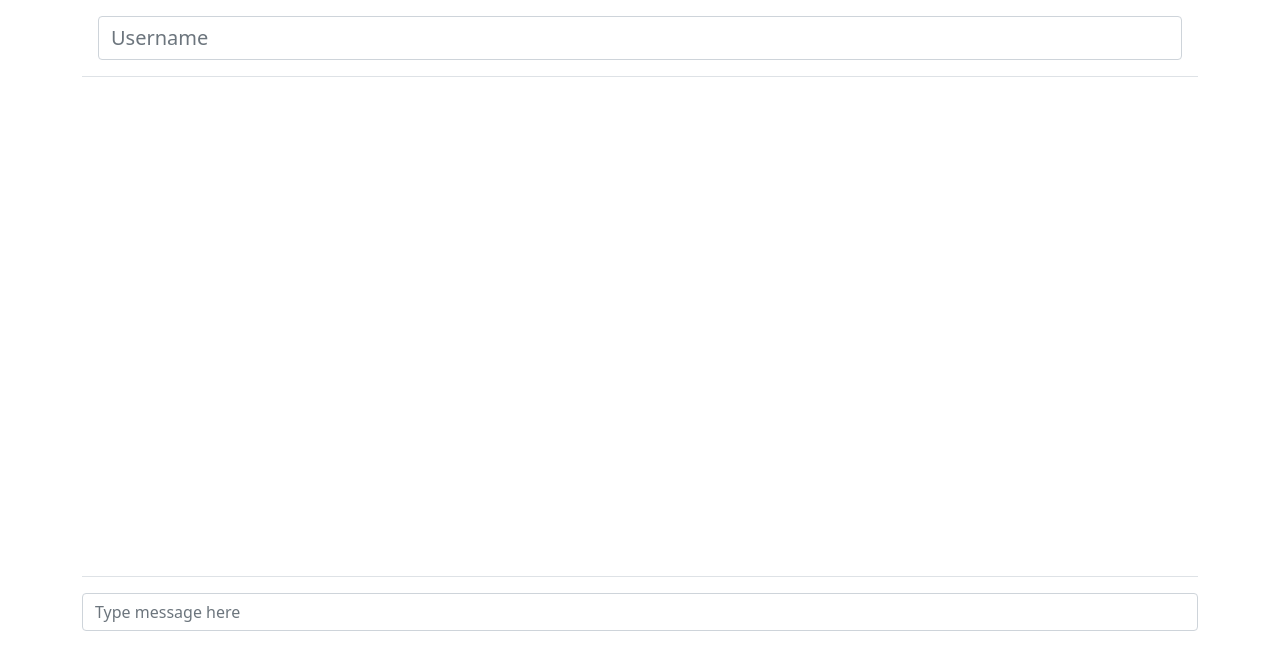
Repository: CSCI201-G32/StudyGroups
Page: / (app in react-chat/)
The author's editor kept a copy of each file at every save. The page is drawn from the files as they stood at one save, then again after the next save.
The browser window is 1280 px wide. The pictures show the whole page.
The page's requests for data from a server got no answer. An inner scrolling area shows only its first screen. The project was rebuilt for these pictures with package versions that can differ from the ones it lists, and the page was loaded fresh each time. No one was signed in, and anything a server would have sent is missing.

Above is the page before, as saved 2023-11-16 08:52:40.

After the next save:
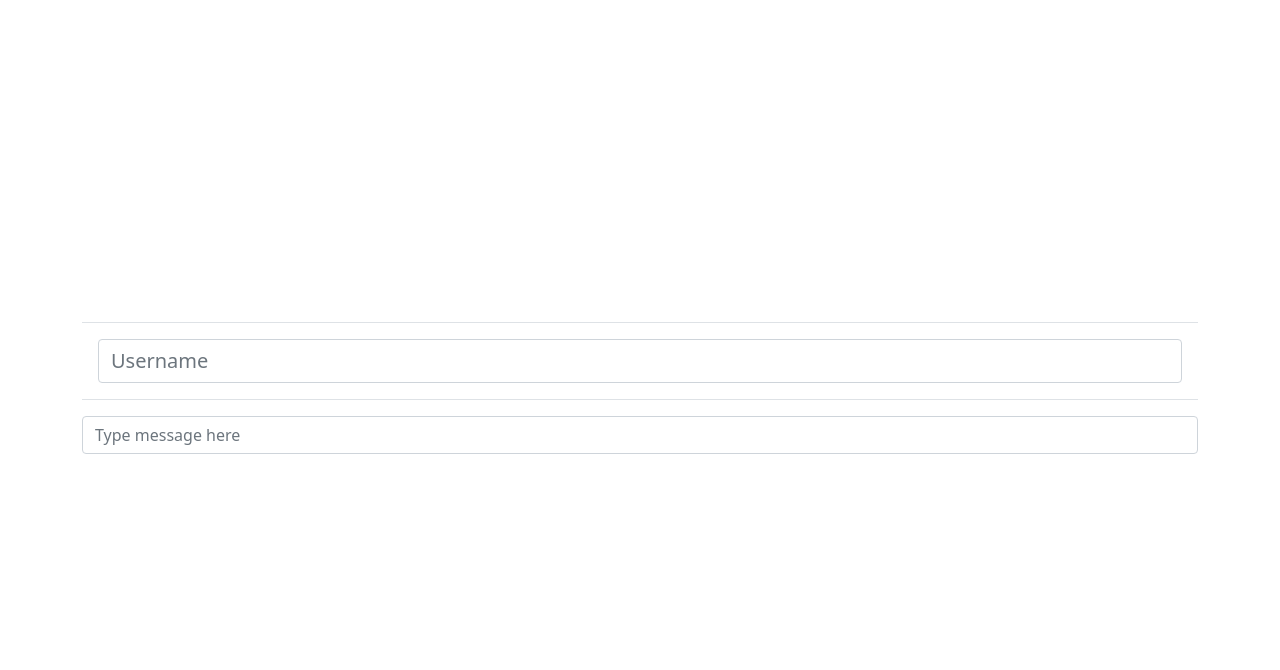
Saved 116 s later.
--- a/react-chat/src/App.js
+++ b/react-chat/src/App.js
@@ -40,37 +40,37 @@
 
   return (
     <div className="container">
-    <div className="d-flex flex-column align-items-stretch flex-shrink-0 bg-white">
-      <div className="d-flex align-items-center flex-shrink-0 p-3 link-dark text-decoration-none border-bottom">
-        <input
-          className="form-control fs-5 fw-semibold"
-          placeholder="Username"
-          value={username}
-          onChange={e => setUsername(e.target.value)}
-        />
-      </div>
-      <div className="list-group list-group-flush border-bottom scrollarea">
-        {messages.map(message => {
-          return (
-            <div className="list-group-item list-group-item-action py-3 lh-tight" key={message.id}>
-              <div className="d-flex w-100 align-items-center justify-content-between">
-                <strong className="mb-1">{message.username}</strong>
-              </div>
-              <div className="col-10 mb-1 small">{message.message}</div>
+  <div className="d-flex flex-column-reverse align-items-stretch flex-shrink-0 bg-white" style={{ height: '400px', overflowY: 'auto' }}>
+    <div className="d-flex align-items-center flex-shrink-0 p-3 link-dark text-decoration-none border-bottom">
+      <input
+        className="form-control fs-5 fw-semibold"
+        placeholder="Username"
+        value={username}
+        onChange={e => setUsername(e.target.value)}
+      />
+    </div>
+    <div className="list-group list-group-flush border-bottom scrollarea">
+      {messages.slice(0).reverse().map(message => {
+        return (
+          <div className="list-group-item list-group-item-action py-3 lh-tight" key={message.id}>
+            <div className="d-flex w-100 align-items-center justify-content-between">
+              <strong className="mb-1">{message.username}</strong>
             </div>
-          );
-        })}
-      </div>
+            <div className="col-10 mb-1 small">{message.message}</div>
+          </div>
+        );
+      })}
     </div>
-    <form onSubmit={e => handleSubmit(e)}>
-      <input
-        className="form-control mt-3"
-        placeholder="Type message here"
-        value={message}
-        onChange={e => setMessage(e.target.value)}
-      />
-    </form>
   </div>
+  <form onSubmit={e => handleSubmit(e)}>
+    <input
+      className="form-control mt-3"
+      placeholder="Type message here"
+      value={message}
+      onChange={e => setMessage(e.target.value)}
+    />
+  </form>
+</div>
 
   );
 }

After the save that followed:
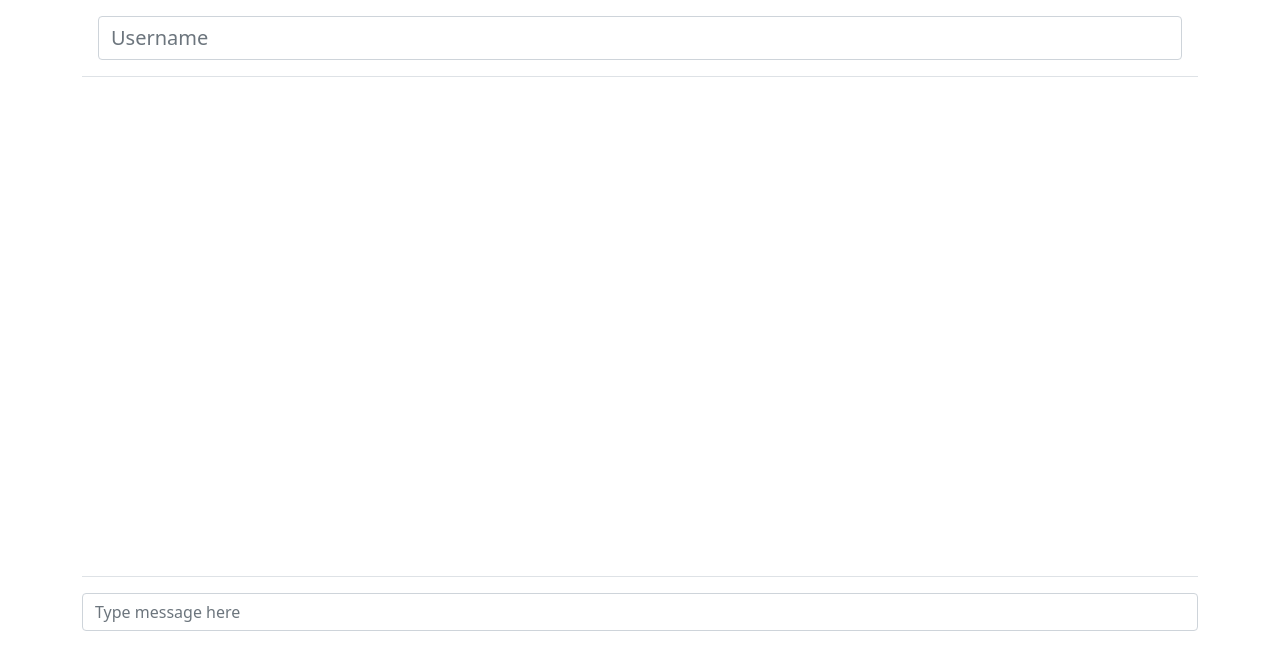
Saved 72 s later.
--- a/react-chat/src/App.js
+++ b/react-chat/src/App.js
@@ -40,37 +40,37 @@
 
   return (
     <div className="container">
-  <div className="d-flex flex-column-reverse align-items-stretch flex-shrink-0 bg-white" style={{ height: '400px', overflowY: 'auto' }}>
-    <div className="d-flex align-items-center flex-shrink-0 p-3 link-dark text-decoration-none border-bottom">
+    <div className="d-flex flex-column align-items-stretch flex-shrink-0 bg-white">
+      <div className="d-flex align-items-center flex-shrink-0 p-3 link-dark text-decoration-none border-bottom">
+        <input
+          className="form-control fs-5 fw-semibold"
+          placeholder="Username"
+          value={username}
+          onChange={e => setUsername(e.target.value)}
+        />
+      </div>
+      <div className="list-group list-group-flush border-bottom scrollarea">
+        {messages.map(message => {
+          return (
+            <div className="list-group-item list-group-item-action py-3 lh-tight" key={message.id}>
+              <div className="d-flex w-100 align-items-center justify-content-between">
+                <strong className="mb-1">{message.username}</strong>
+              </div>
+              <div className="col-10 mb-1 small">{message.message}</div>
+            </div>
+          );
+        })}
+      </div>
+    </div>
+    <form onSubmit={e => handleSubmit(e)}>
       <input
-        className="form-control fs-5 fw-semibold"
-        placeholder="Username"
-        value={username}
-        onChange={e => setUsername(e.target.value)}
+        className="form-control mt-3"
+        placeholder="Type message here"
+        value={message}
+        onChange={e => setMessage(e.target.value)}
       />
-    </div>
-    <div className="list-group list-group-flush border-bottom scrollarea">
-      {messages.slice(0).reverse().map(message => {
-        return (
-          <div className="list-group-item list-group-item-action py-3 lh-tight" key={message.id}>
-            <div className="d-flex w-100 align-items-center justify-content-between">
-              <strong className="mb-1">{message.username}</strong>
-            </div>
-            <div className="col-10 mb-1 small">{message.message}</div>
-          </div>
-        );
-      })}
-    </div>
+    </form>
   </div>
-  <form onSubmit={e => handleSubmit(e)}>
-    <input
-      className="form-control mt-3"
-      placeholder="Type message here"
-      value={message}
-      onChange={e => setMessage(e.target.value)}
-    />
-  </form>
-</div>
 
   );
 }
